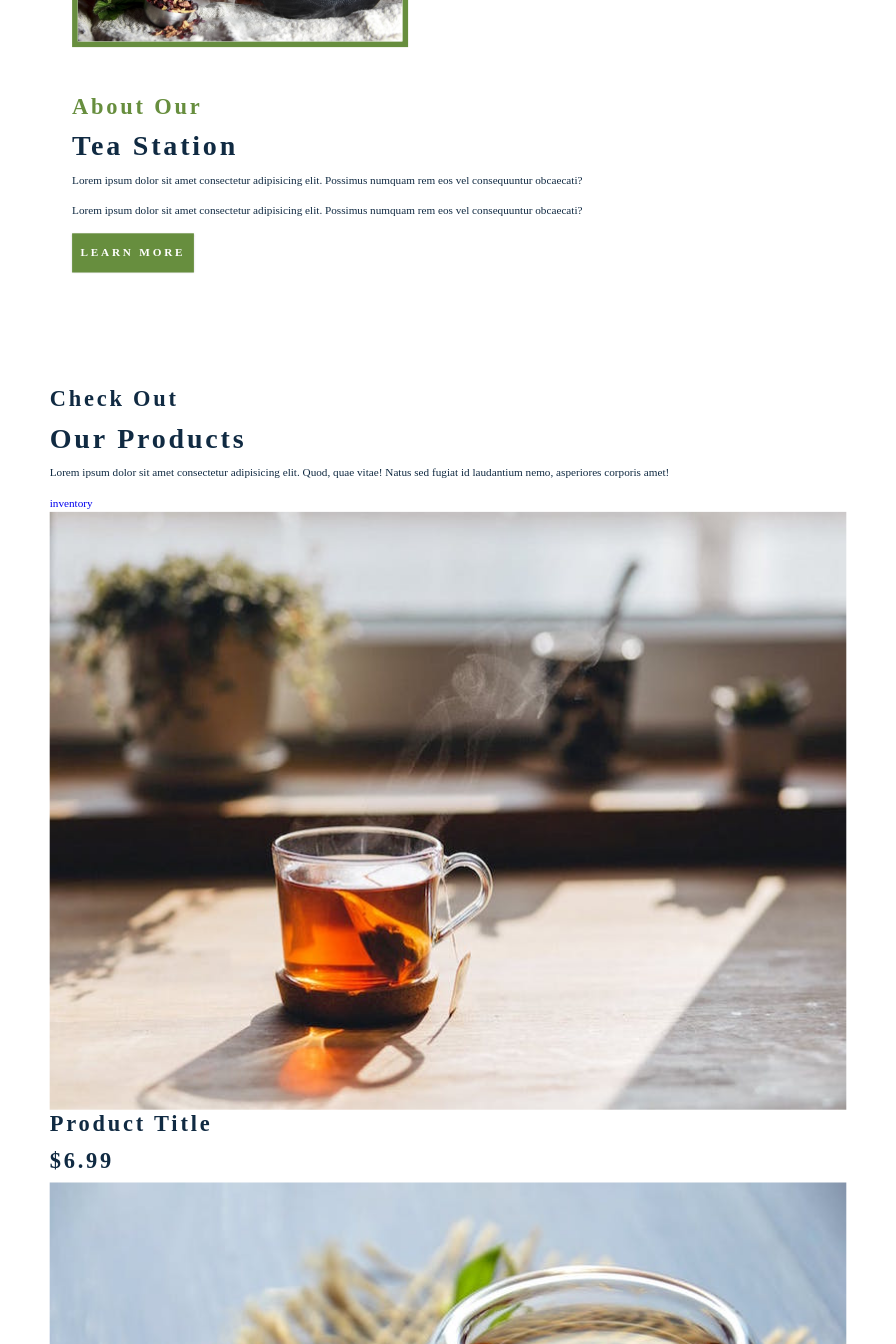
Repository: Ndifoinhilary/building_tea_site
Page: index.html
The author's editor kept a copy of each file at every save. The page is drawn from the files as they stood at one save, then again after the next save.
The browser window is 1280 px wide. The pictures show the part of the page from y = 1466 to 3386 px (the page is 5854 px tall before and 5902 px after), at 70% of full size.
Backgrounds fixed to the window are drawn as part of the page. Some web fonts or font styles are not loaded; a fallback is used.

Above is the page before, as saved 2024-01-06 11:19:53.

After the next save:
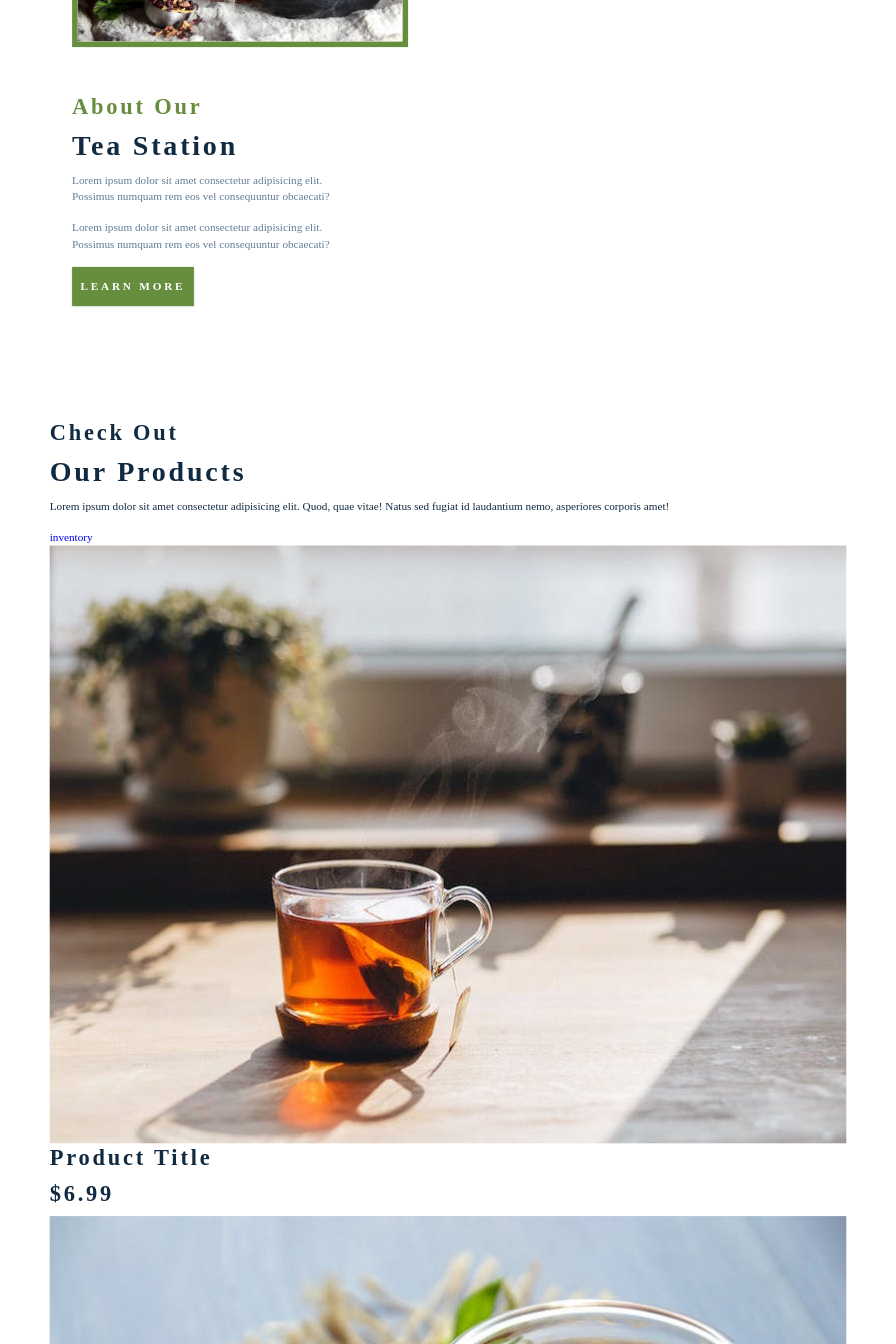
Saved 18 min 42 s later.
--- a/css/styles.css
+++ b/css/styles.css
@@ -252,3 +252,9 @@ skills section
 opacity: 0.5;
 transform: scale(1.2)
 }
+
+
+.about-text{
+  max-width: 26rem;
+  color: var(--clr-grey-5);
+}
